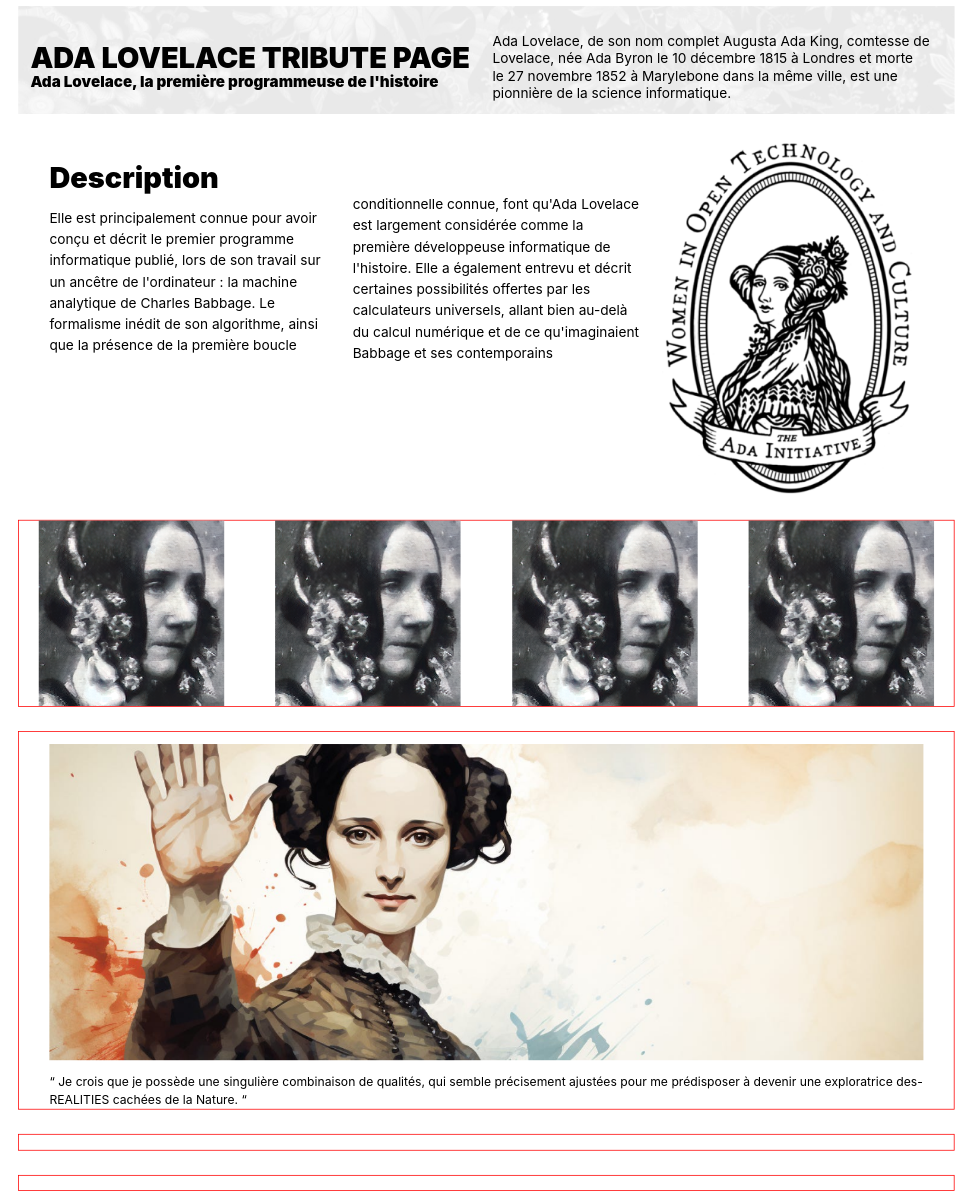
Repository: b3no1t/integration-training
Page: onepage-adalovelace/src/index.html
These files come from the project's save history. The page is drawn as it stood at one moment and after the next save; the edit follows.
The browser window is 1280 px wide. The pictures show the whole page, at 76% of full size.

Above is the page before, as saved 2025-01-30 10:32:20.

After the next save:
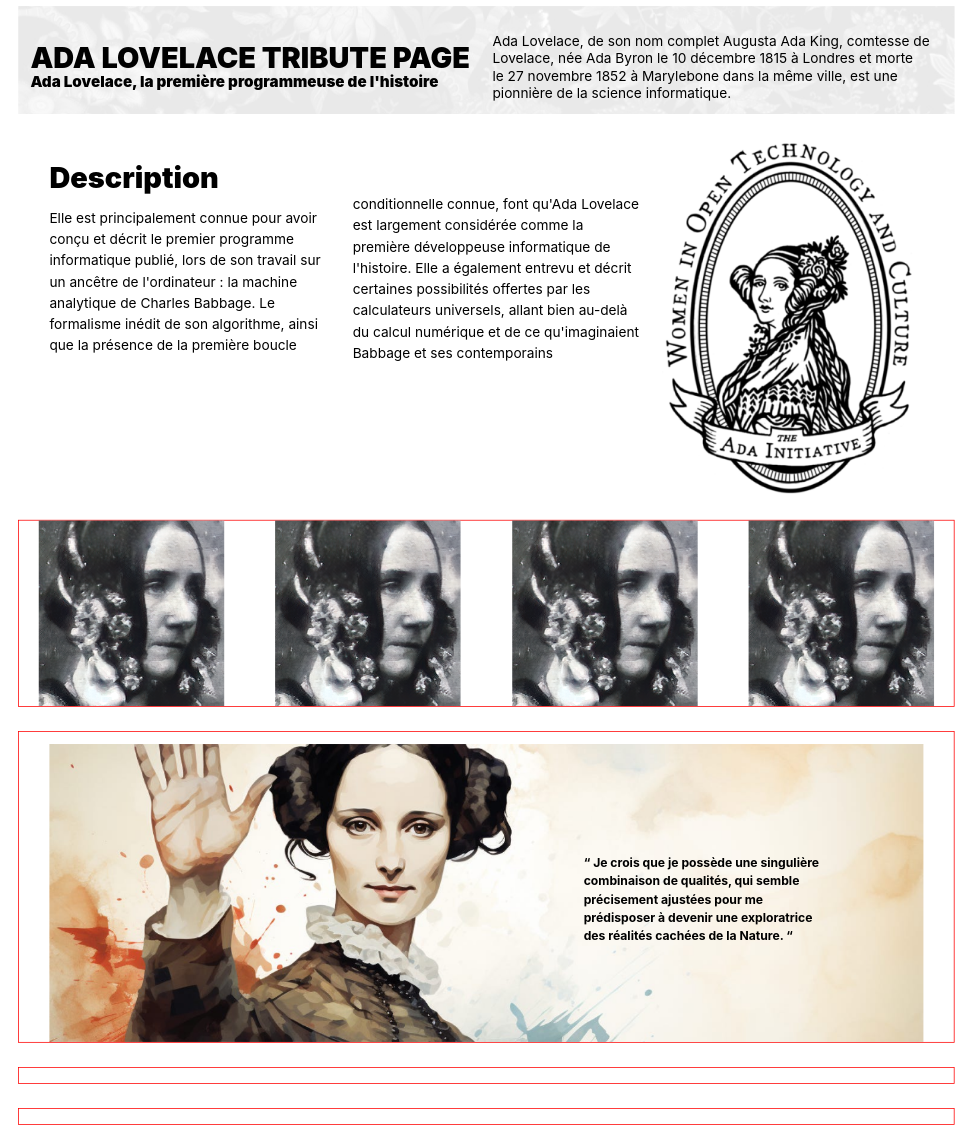
Saved 68 s later.
--- a/onepage-adalovelace/src/index.html
+++ b/onepage-adalovelace/src/index.html
@@ -55,10 +55,10 @@
   <img src="./assets/img/ada-photo.png" alt="photostration d'Ada Lovealace">
  </section>
  <section>
-  <blockquote>
-    <img src="./assets/img/ada-illu2.png" alt="">
+  <blockquote class="citation ">
+    <img src="../assets/img/ada-illu3.png" alt="illustration d'Ada Lovelace" class="hide-for-large">
     <p>
-      “ Je crois que je possède une singulière combinaison de qualités, qui semble précisement ajustées pour me prédisposer à devenir une exploratrice des-REALITIES cachées de la Nature. “
+      “ Je crois que je possède une singulière combinaison de qualités, qui semble précisement ajustées pour me prédisposer à devenir une exploratrice des réalités cachées de la Nature. “
     </p>
   </blockquote>
   <!-- une image pleine largeur en fond avec du texte par dessus -->
